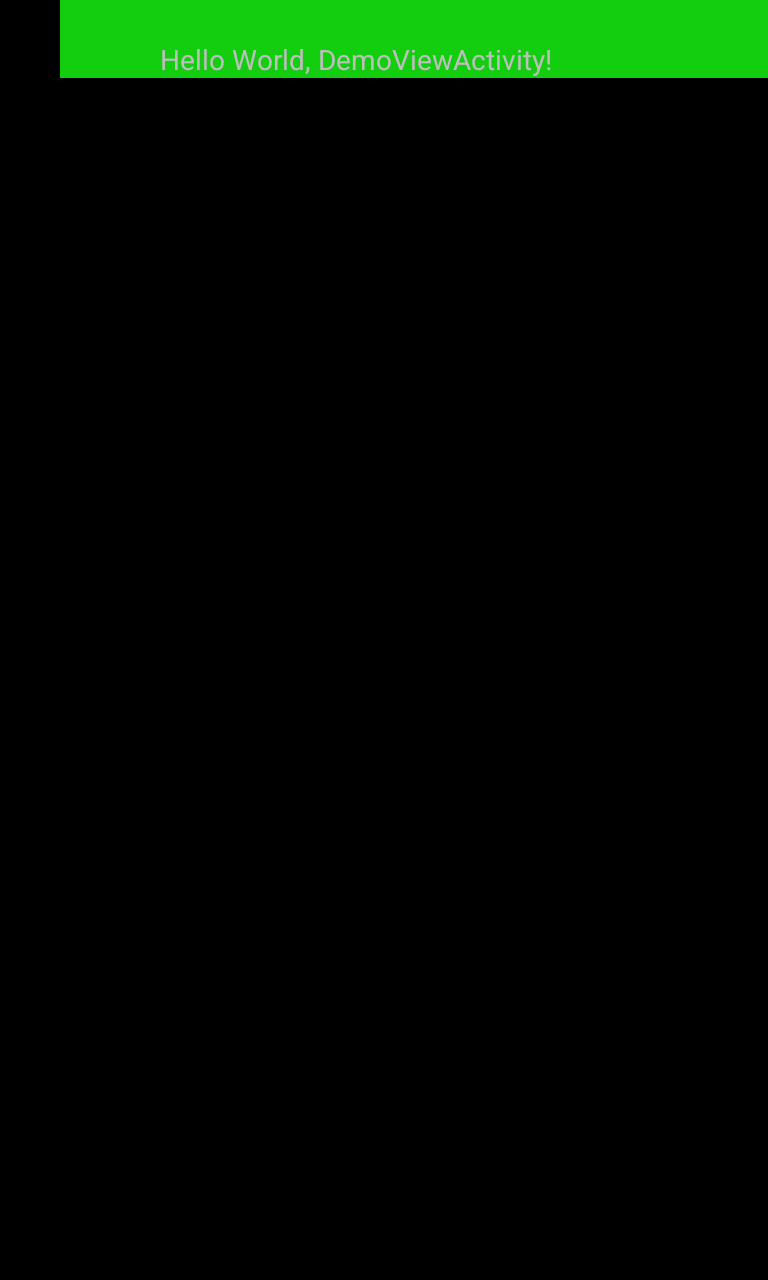
Repository: GuangmingChan/DevelopAndroidApp
Layout: demoView/res/layout/main.xml
These files come from the project's save history. The layout is drawn as it stood at one moment and after the next save; the edit follows.
It is drawn on a 768 x 1280 px phone screen (xhdpi) without system bars, with theme android:Theme.Holo; the app's code is not run.

Above is the layout before, as saved 2017-03-10 02:38:00.

After the next save:
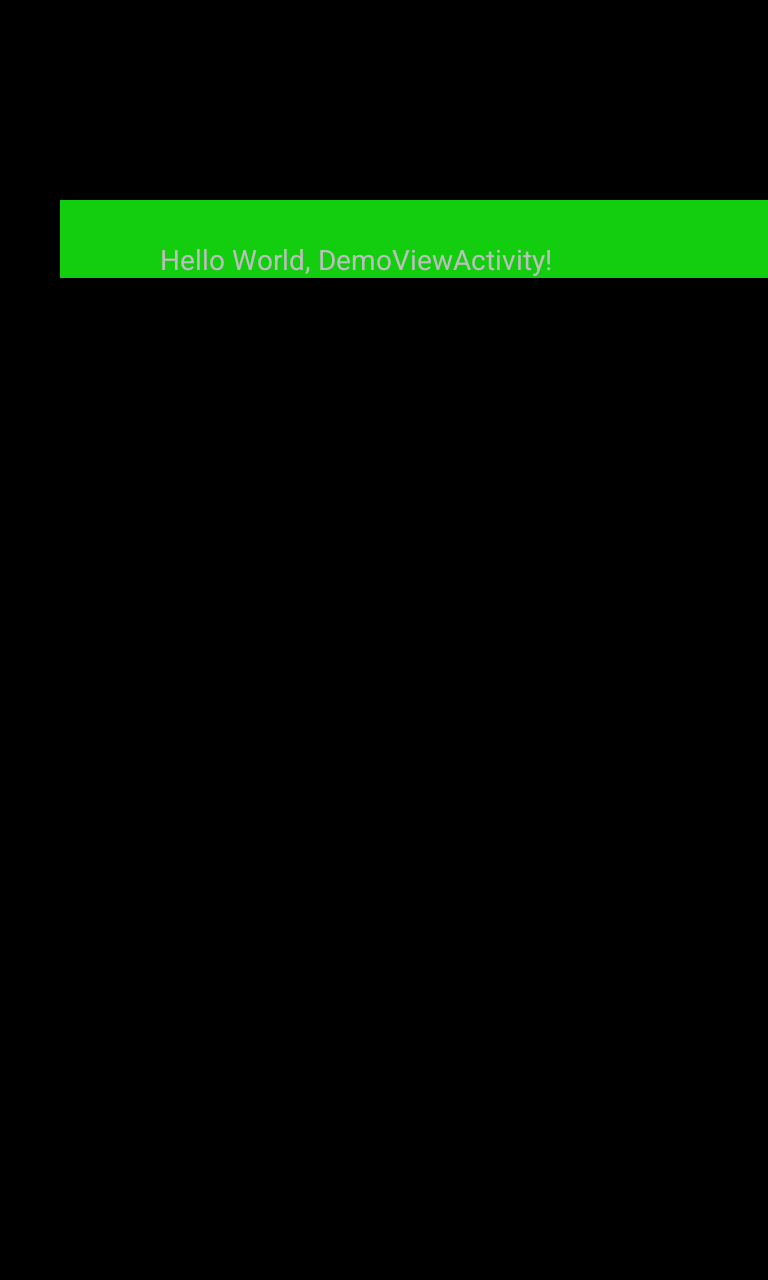
Saved 33 s later.
--- a/demoView/res/layout/main.xml
+++ b/demoView/res/layout/main.xml
@@ -10,6 +10,7 @@
         android:background="#12ce0e"
         android:paddingTop="20dp"
         android:paddingLeft="50dp"
+        android:layout_marginTop="100dp"
         android:layout_marginLeft="30dp"
         android:text="@string/hello" />
 
